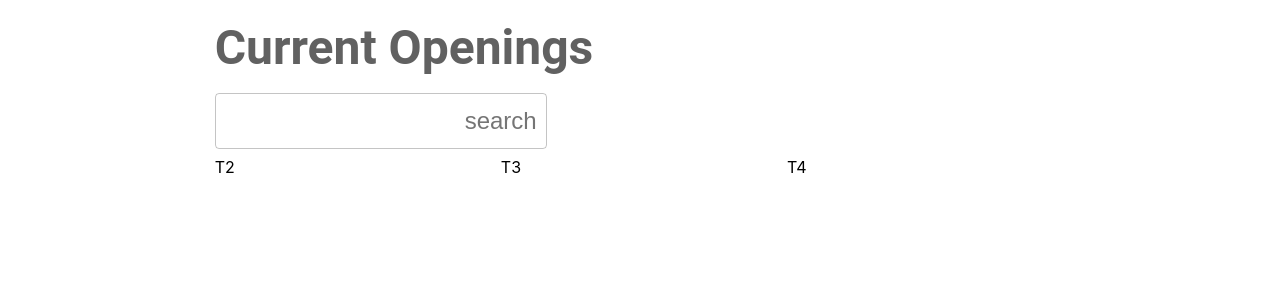
Repository: samihankuttan/technorix
Page: / (app in interview-test/)
An editor plug-in stored every save of this project. The page is shown before and after the next save, followed by the edit.
The browser window is 1280 px wide. The pictures show the whole page.
The project was rebuilt for these pictures with package versions that can differ from the ones it lists, and the page was loaded fresh each time.

Above is the page before, as saved 2022-07-20 22:55:42.

After the next save:
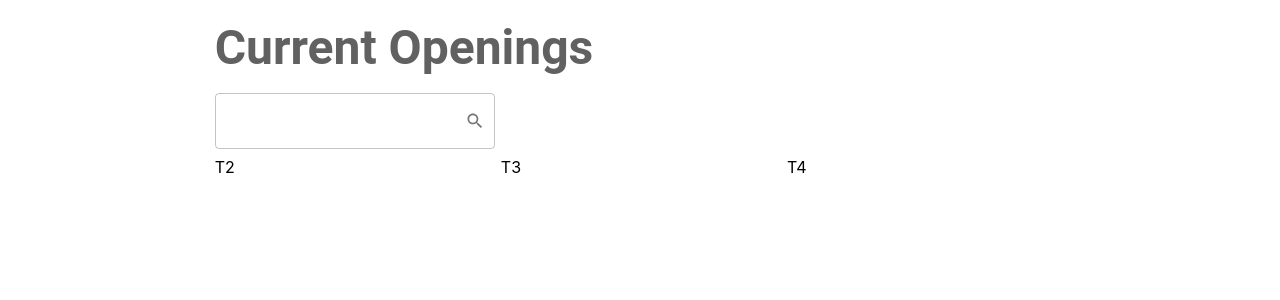
Saved 117 s later.
--- a/interview-test/src/components/InputBox.js
+++ b/interview-test/src/components/InputBox.js
@@ -2,7 +2,7 @@ import * as React from 'react';
 import IconButton from '@mui/material/IconButton';
 import OutlinedInput from '@mui/material/OutlinedInput';
 import InputAdornment from '@mui/material/InputAdornment';
-
+import SearchIcon from '@mui/icons-material/Search';
 
 export default function InputBox(props) {
 
@@ -21,7 +21,7 @@ export default function InputBox(props) {
                             onClick={null}
                             edge="end"
                         >
-                            search
+                            <SearchIcon fontSize="small" />
                         </IconButton>
                     </InputAdornment>
                 }
